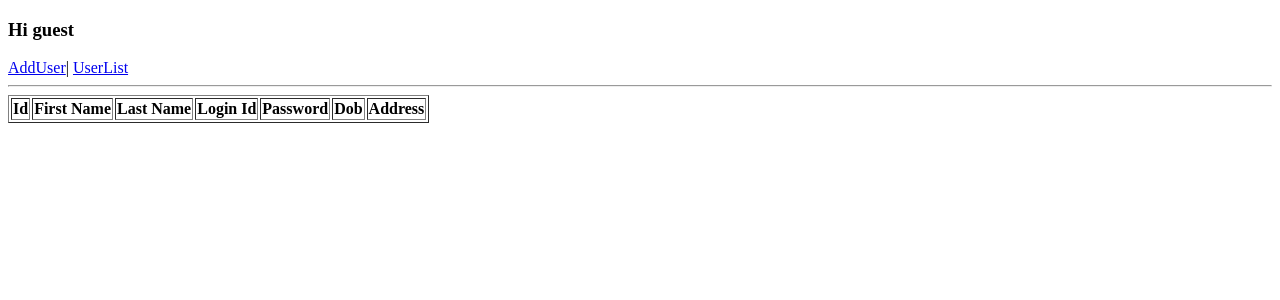
Repository: rish1208/Advance_java
Page: http://localhost/Use-case/UserListCtl
These files come from the project's save history. The page is drawn as it stood at one moment and after the next save; the edit follows.
The browser window is 1280 px wide. The pictures show the whole page.
The page is served by Tomcat 9. Queries for data that is not in the repository find no rows.

Above is the page before, as saved 2024-04-07 10:38:53.

After the next save:
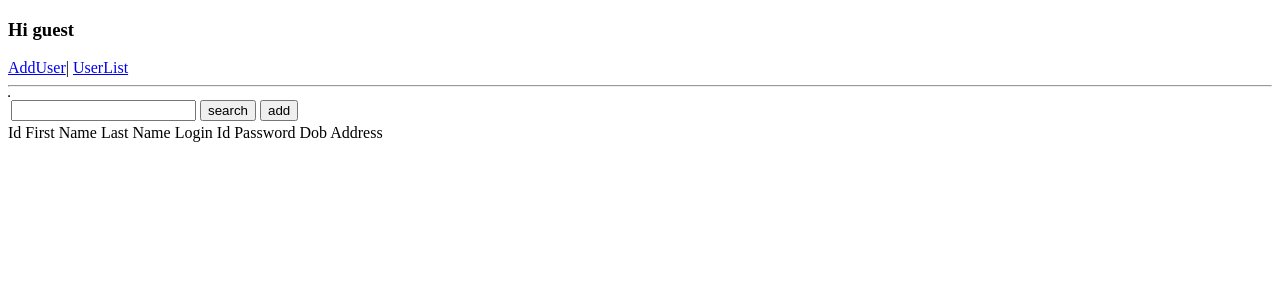
Saved 2 min 20 s later.
--- a/Advance java Workspace/Use-case/WebContent/UserListView.jsp
+++ b/Advance java Workspace/Use-case/WebContent/UserListView.jsp
@@ -20,6 +20,13 @@
 	<%@include file="Header.jsp"%>
 	<form action="UserListCtl" method="post">
 		<table border="1%">
+		<table>
+			<tr>
+				<td><input type="text" name="firstName"></td>
+				<td><input type="submit" name="operation" value="search"></td>
+				<td><input type="submit" name="operation" value="add"></td>
+			</tr>
+		</table>
 			<tr>
 			     <th>Id</th>
 				<th>First Name</th>
